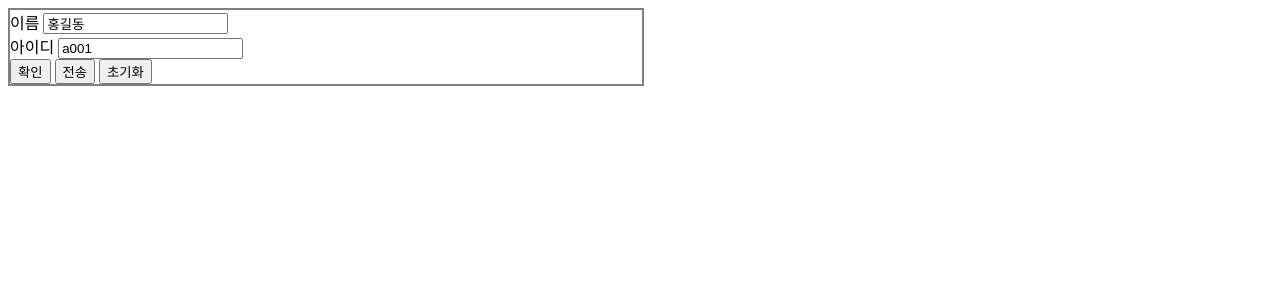
Repository: yul3220/WebProgrammingLecture
Page: webpro/WebContent/2021-01-06/폼양식.html
An editor plug-in stored every save of this project. The page is shown before and after the next save, followed by the edit.
The browser window is 1280 px wide. The pictures show the whole page.

Above is the page before, as saved 2021-01-06 02:29:13.

After the next save:
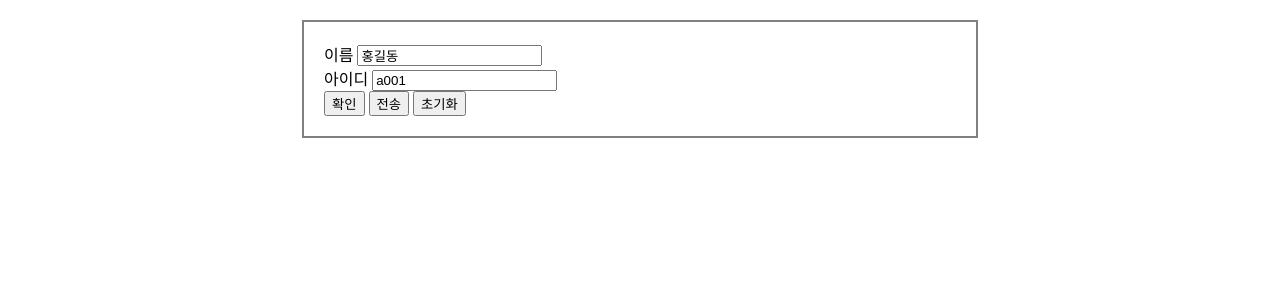
Saved 39 s later.
--- a/webpro/WebContent/2021-01-06/폼양식.html
+++ b/webpro/WebContent/2021-01-06/폼양식.html
@@ -7,6 +7,8 @@
 	form{
 		border : 2px solid gray;
 		width : 50%;
+		padding : 20px;
+		margin : 20px auto;
 	}
 </style>
 </head>
